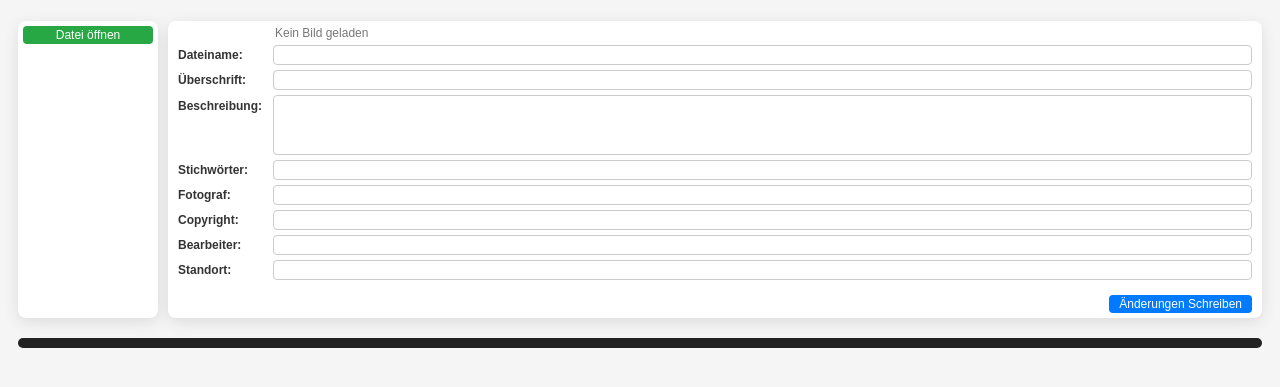
Repository: h-fahle/metadata
Page: ui/index.html
The author's editor kept a copy of each file at every save. The page is drawn from the files as they stood at one save, then again after the next save.
The browser window is 1280 px wide. The pictures show the whole page.

Above is the page before, as saved 2026-08-17 14:08:39.

After the next save:
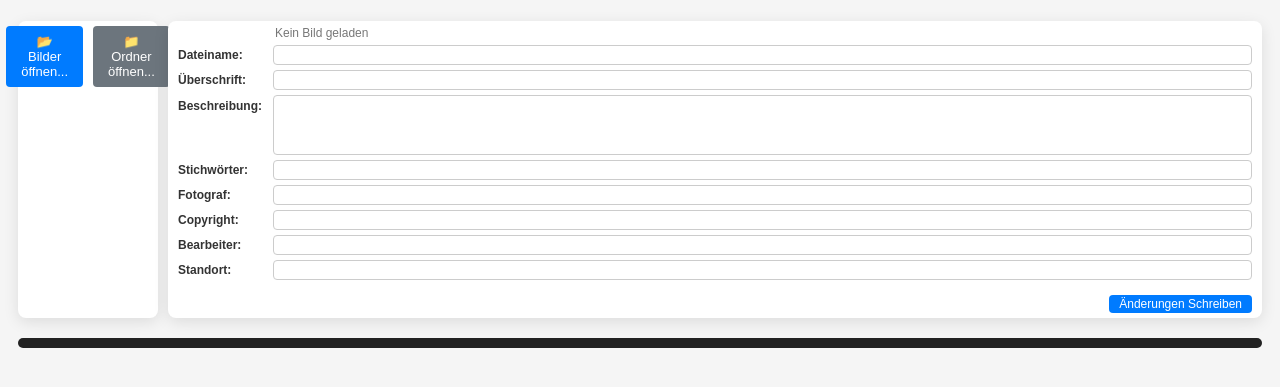
Saved 10 min 15 s later.
--- a/ui/index.html
+++ b/ui/index.html
@@ -13,7 +13,20 @@
 
 		<!-- Das Vorschaubild links -->
 		<div id="sidebar">
-			<button id="file-open" onclick="dateiAuswählen()">Datei öffnen</button>
+			<!-- <button id="file-open" onclick="dateiAuswählen()">Datei öffnen</button> -->
+
+			<div style="display: flex; gap: 10px; margin-bottom: 20px;">
+				<!-- Button A: Für einzelne oder viele Bilder -->
+				<button onclick="auswählen('dateien')" style="background: #007BFF; padding: 8px 15px; font-size: 13px;">
+					📂 Bilder öffnen...
+				</button>
+
+				<!-- Button B: Für einen ganzen Ordner -->
+				<button onclick="auswählen('ordner')" style="background: #6c757d; padding: 8px 15px; font-size: 13px;">
+					📁 Ordner öffnen...
+				</button>
+			</div>
+
 			<img id="vorschau-bild" src="" style="display:none;" />
 			<div id="bild-info" style="text-align:center;">
 				<span id="img-nummer"></span><br>
